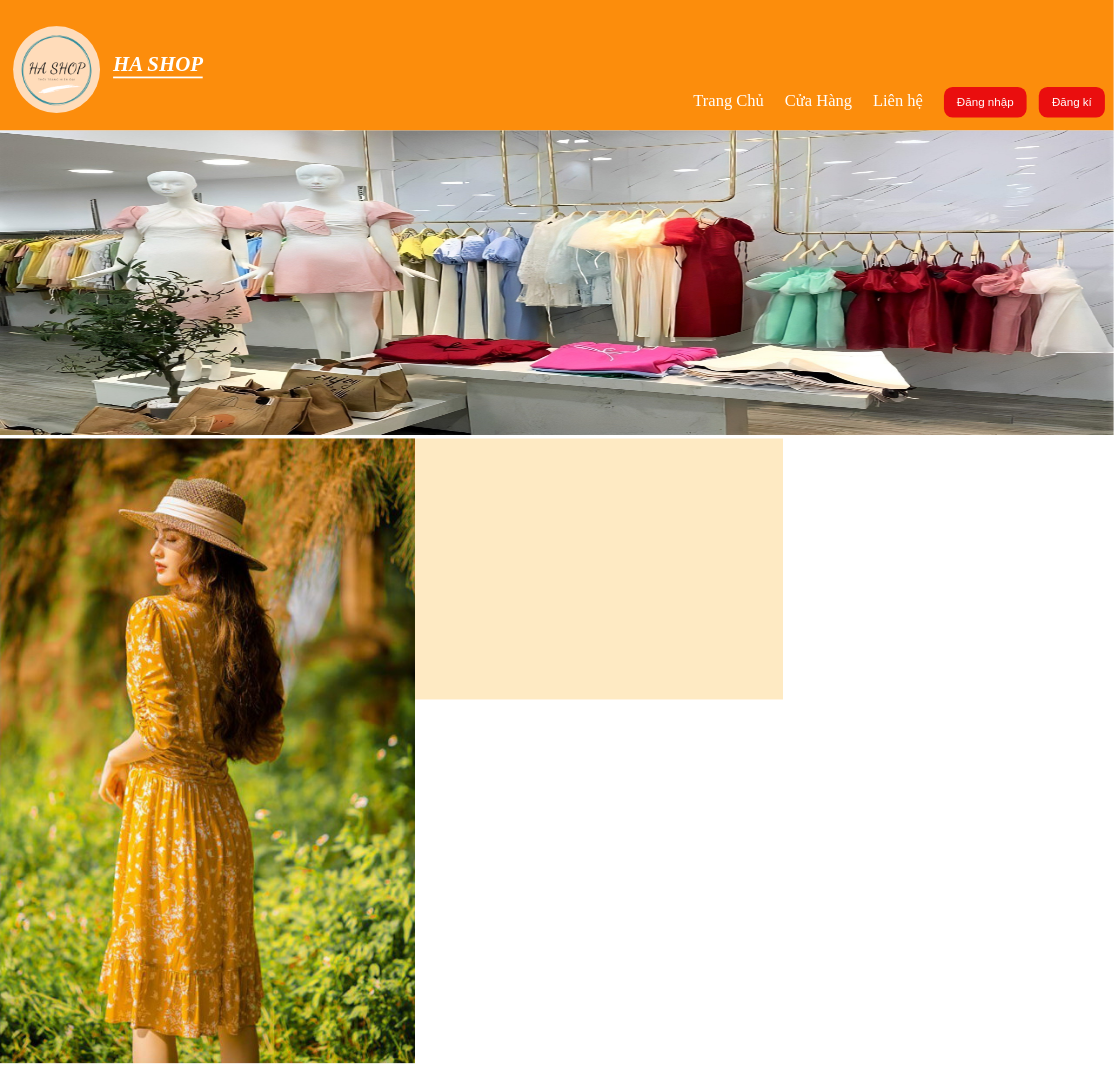
Repository: manhhieu120499/demo_page
Page: trangchu.html
These files come from the project's save history. The page is drawn as it stood at one moment and after the next save; the edit follows.
The browser window is 1280 px wide. The pictures show the whole page, at 87% of full size.

Above is the page before, as saved 2023-02-16 16:52:48.

### trangchu.html
<!DOCTYPE html>
<html lang="en">

<head>
    <meta charset="UTF-8" />
    <meta http-equiv="X-UA-Compatible" content="IE=edge" />
    <meta name="viewport" content="width=device-width, initial-scale=1.0" />
    <title>Document</title>
    <link rel="stylesheet" href="./style_trangchu.css">
</head>

<body>
    <div class="wrap">
        <div class="header">
            <div class="left-header">
                <img src="./Thời trang hiện dại.png" alt="logo_shop" class="picture"/>
                <h2 class="shop_name">HA SHOP</h2>
            </div>

            <div class="right-header">
                <a href="#">Trang Chủ</a>
                <a href="#">Cửa Hàng</a>
                <a href="#">Liên hệ</a>

                <button>Đăng nhập</button>
                <button>Đăng kí</button>
            </div>
        </div>

        <div class="slide">
            <img src="./slide.jpg" alt="">
        </div>

        <div class="album">
            <div class="album_items">
                <div class="album_items_left">
                     <img src="./10.jpg" alt="picture-it" class="picture_album">
                </div>

                <div class="album_items_right">

                </div>
            </div>

            <div class="album-items">

            </div>
        </div>
    </div>
</body>

</html>

### style_trangchu.css
* {
    box-sizing: border-box;
    margin: 0;
}

body {
    width: 100vw;
    height: 1000px;
}

.header {
    width: 100%;
    height: 150px;
    background-color: #FC8D0C;
    display: flex;
    justify-content: space-between;
}

.left-header {
    display: flex;
    align-items: center;
}

.left-header h2 {
    color: white;
    border-bottom: 2px solid white;
    font-style: italic;
}

.left-header .picture {
    width: 100px;
    border-radius: 50%;
    margin-top: 10px;
    margin-left: 15px;
    margin-right: 15px;
}

.right-header {
    margin-top: 100px;
}

.right-header a {
    text-decoration: none;
    color: white;
    font-size: 19px;
    padding-right: 20px;
}

.right-header button {
    background-color: #EA0E0E;
    padding: 10px 15px;
    border-radius: 10px;
    border: none;
    margin-right: 10px;
    color: white;
}

/*Silde*/
.slide img {
    width: 100vw;
    height: 350px;
}

.album_items {
    width: 900px;
    height: 300px;
    background-color: #FEEAC3;
}

.album_items_left .picture_album {
    width: 200
}

After the next save:
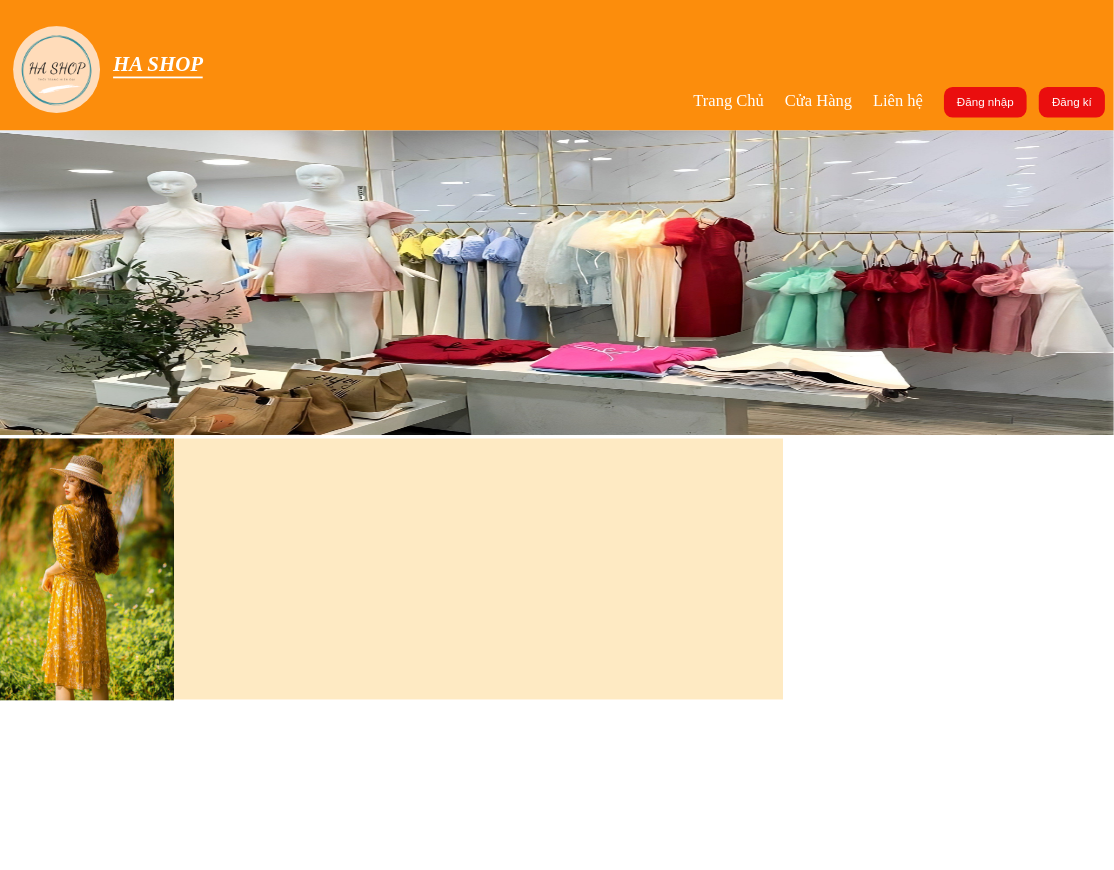
Saved 4 s later.
--- a/style_trangchu.css
+++ b/style_trangchu.css
@@ -68,5 +68,5 @@
 }
 
 .album_items_left .picture_album {
-    width: 200
+    width: 200px;
 }
